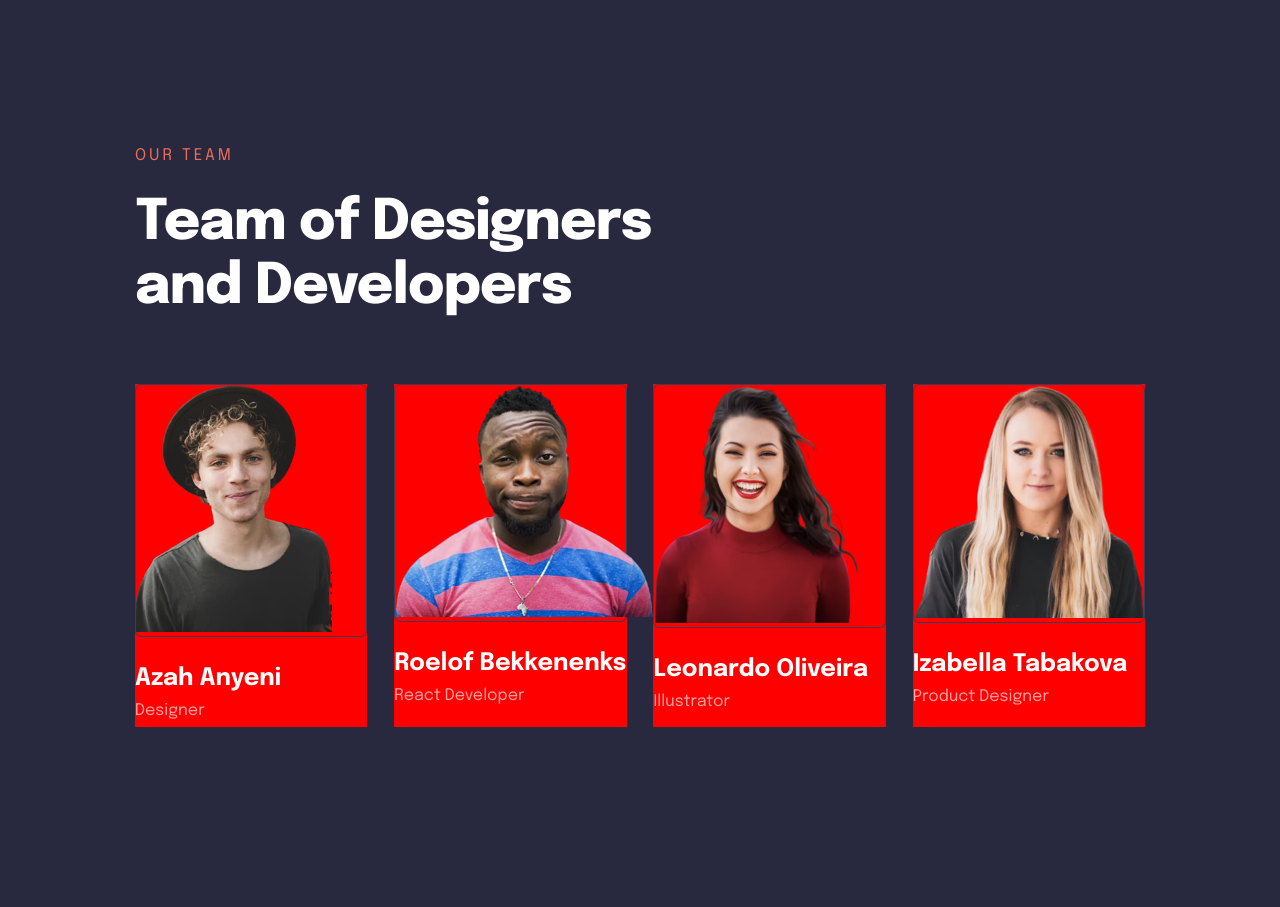
Repository: MehdiKerimov/Figma-task-10
Page: pages/teamPage/index.html
These files come from the project's save history. The page is drawn as it stood at one moment and after the next save; the edit follows.
The browser window is 1280 px wide. The pictures show the whole page.

Above is the page before, as saved 2023-09-09 15:26:58.

After the next save:
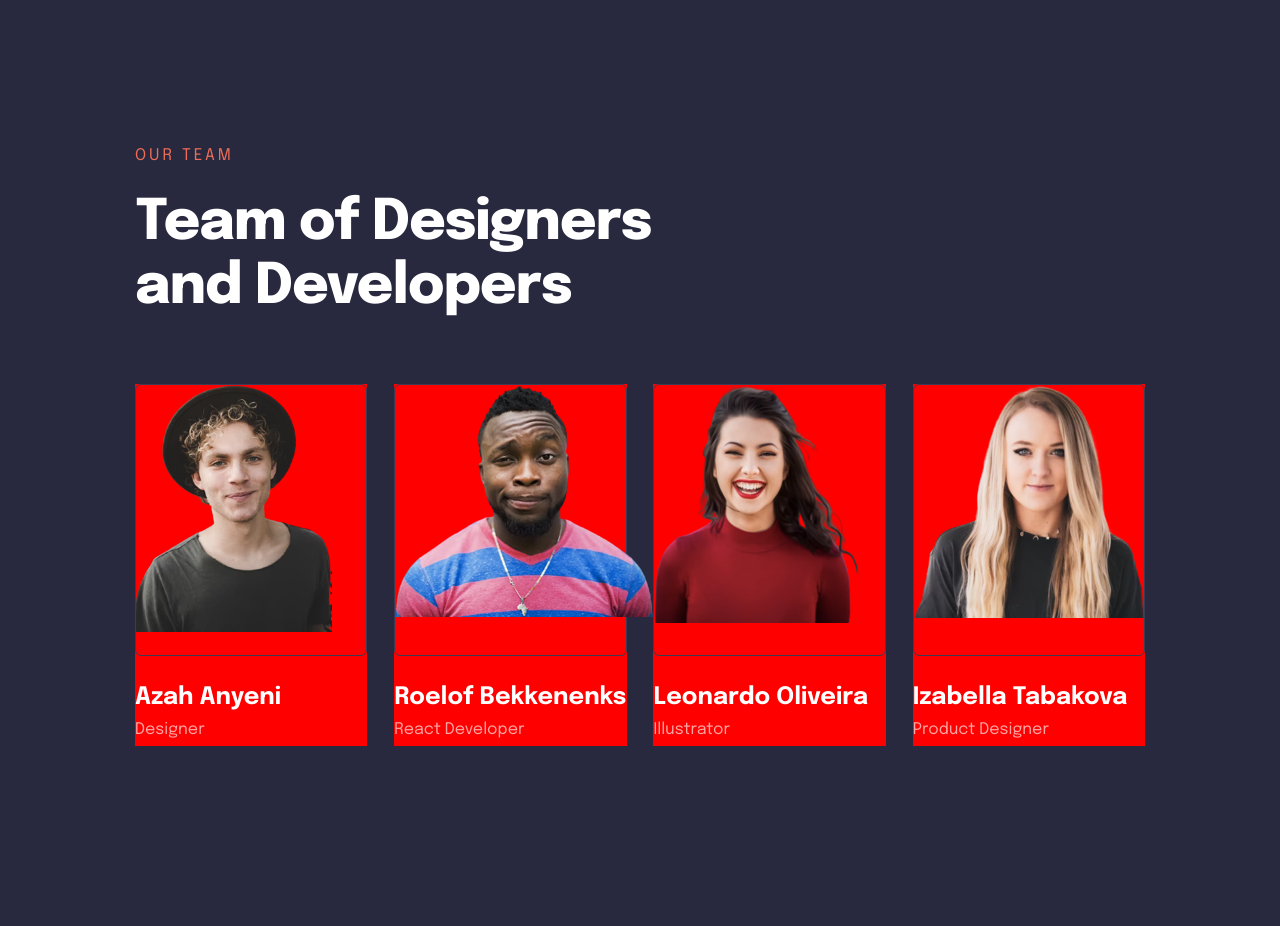
Saved 11 s later.
--- a/pages/teamPage/index.css
+++ b/pages/teamPage/index.css
@@ -61,7 +61,7 @@
 
 .container ul li div {
   width: 100%;
-  height: ;
+  height: 272px;
   border-radius: 6px;
   border: 1px solid #3a3c56;
 }
